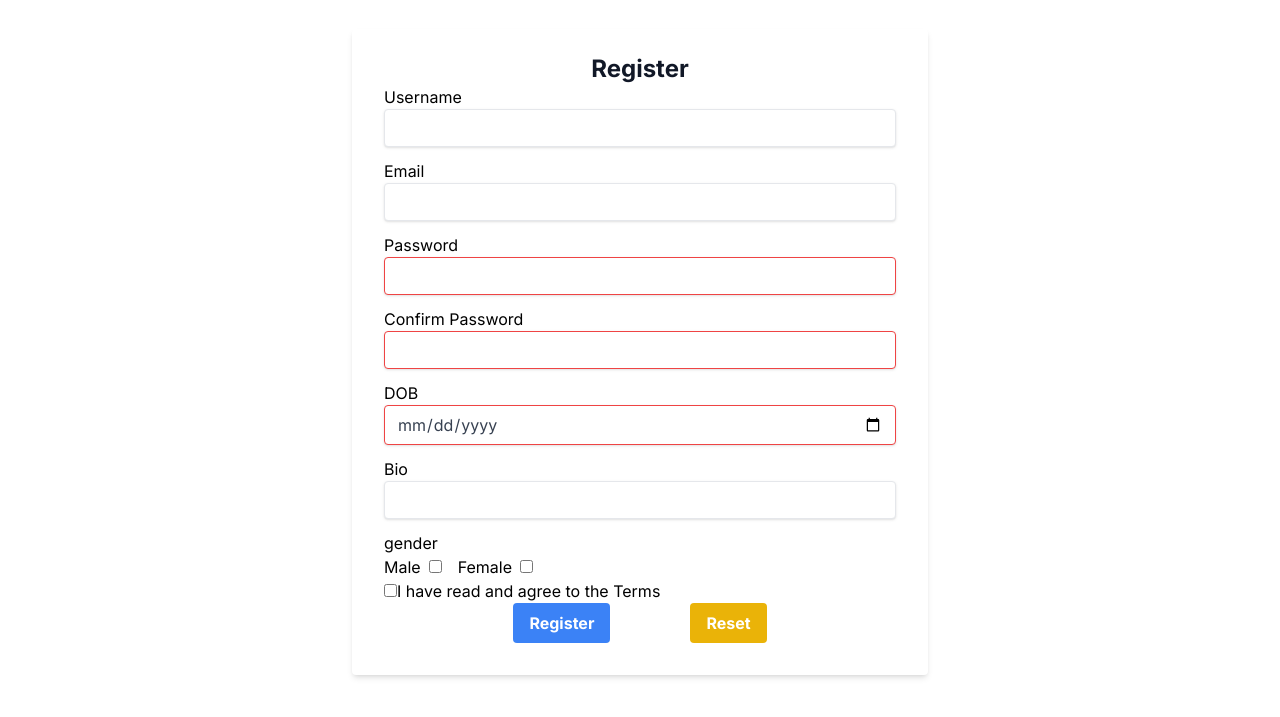
Repository: uh-sman/tiktok-card
Page: /
The author's editor kept a copy of each file at every save. The page is drawn from the files as they stood at one save, then again after the next save.
The browser window is 1280 px wide. The pictures show the whole page.
The project was rebuilt for these pictures with package versions that can differ from the ones it lists, and the page was loaded fresh each time. The framework's server and built-in components were replaced by stand-ins that run in the browser. Also part of the build but not shown: next.config.js.

Above is the page before, as saved 2023-12-19 15:10:05.

After the next save:
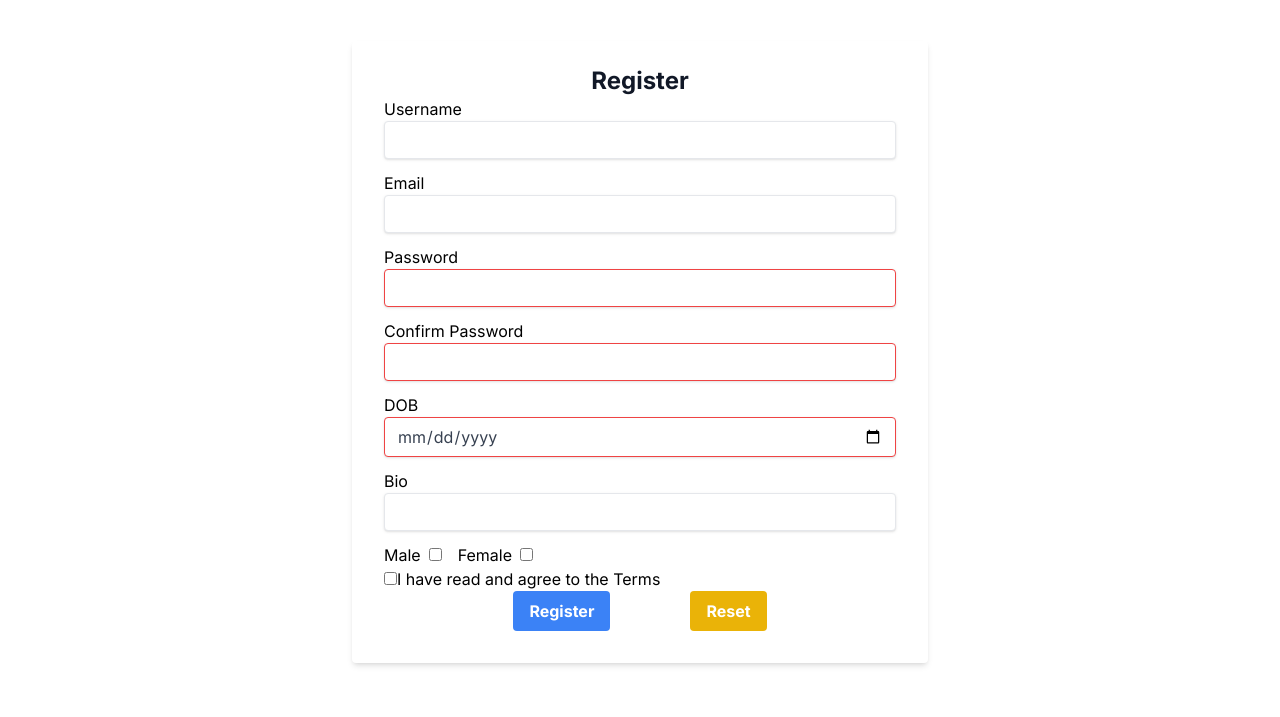
Saved 74 s later.
--- a/app/components/AuthForm.tsx
+++ b/app/components/AuthForm.tsx
@@ -92,9 +92,6 @@ const AuthForm: React.FC = () => {
           </div>
 
           <div className="">
-          <label htmlFor="gender" className="font-md">
-              gender
-            </label>
            <div className="flex items-center gap-4">
            <div className="">
                 <label className="mr-2" htmlFor="Male">Male</label>
